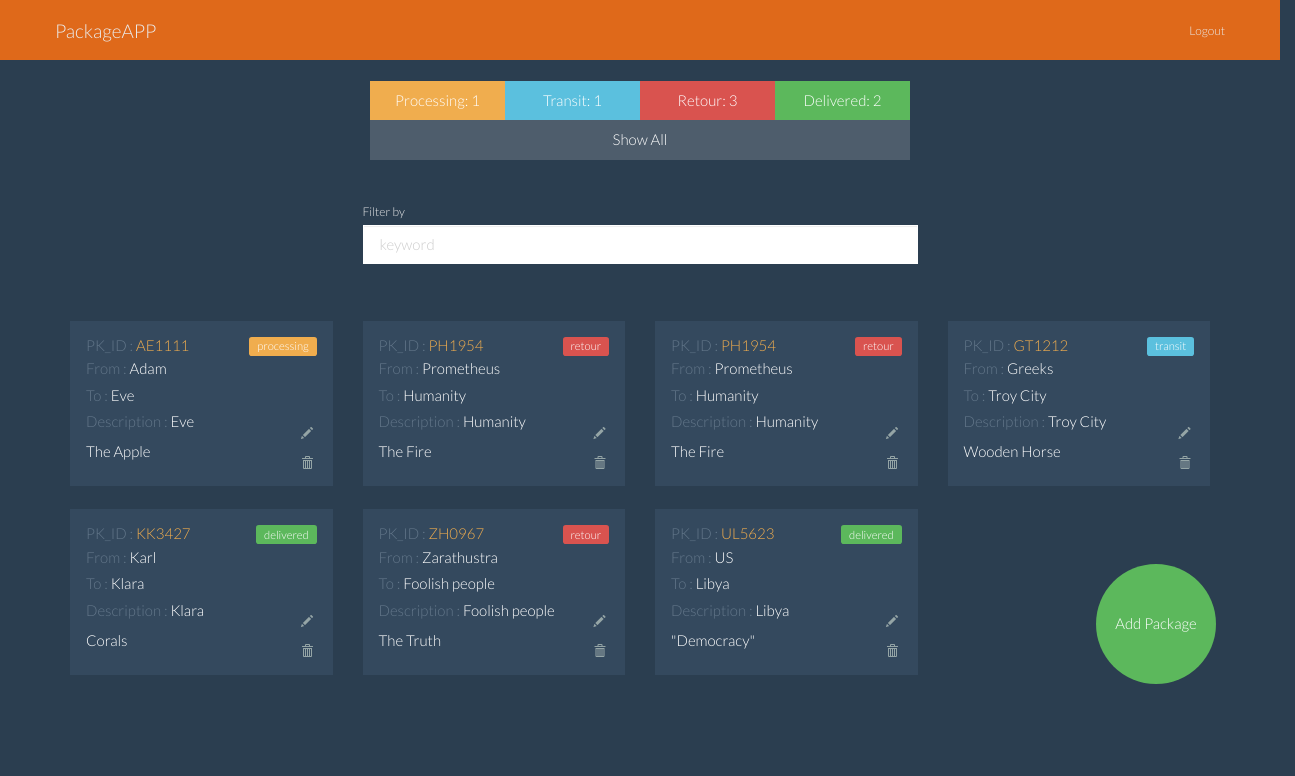
Repository: andreasmihm/aizat
Page: index.html
The author's editor kept a record of every edit. The page is drawn from the files as they stood at one moment, then again after the next edit.
The browser window is 1280 px wide. The page is 1295 px wide, so the pictures cover 1295 px, including what lies to the right of the window. The pictures show the whole page.

Above is the page before.

### index.html
<!DOCTYPE html>
<html>

<head>
  <meta charset="utf-8">
  <title>PackageAPP</title>

  <link rel="stylesheet" href="app/assets/bower_components/bootswatch-dist/css/bootstrap.min.css">
  <link rel="stylesheet" href="app/assets/style/main.css">
  <script src="app/assets/bower_components/jquery/dist/jquery.min.js"></script>
</head>

<body ng-app="PackageApp">

  <nav class="navbar navbar-inverse">
    <div id="wide_nav" class="container">
      <div class="navbar-header">
        <a class="navbar-brand" href="#">PackageAPP</a>
      </div>

      <ul class="nav navbar-nav navbar-right">
        <li><a href="#">Logout</a></li>
      </ul>
    </div>
  </nav>
  <div class="row">
    <div class="container" ng-controller="StatusCtrl">
      <div class="col-md-6 col-md-offset-3">
        <div class="btn-group btn-group-justified">
          <a href="#" class="btn btn-warning" ng-class="checked('processing') ? 'checked' : 'notCh' " ng-click="filterStatus('processing')">Processing: {{ getNumberStatus('processing') }} </a>
          <a href="#" class="btn btn-info" ng-class="checked('transit') ? 'checked' : 'notCh' " ng-click="filterStatus('transit')">Transit: {{ getNumberStatus('transit') }} </a>
          <a href="#" class="btn btn-danger" ng-class="checked('retour') ? 'checked' : 'notCh' " ng-click="filterStatus('retour')">Retour: {{ getNumberStatus('retour') }} </a>
          <a href="#" class="btn btn-success" ng-class="checked('delivered') ? 'checked' : 'notCh' " ng-click="filterStatus('delivered')">Delivered: {{ getNumberStatus('delivered') }} </a>
        </div>
        <div class="btn-group btn-group-justified">
          <a href="#" class="btn btn-default" ng-click="showAll()">Show All</a>
        </div>
      </div>
    </div>
  </div>

  <div class="break">
  </div>

  <div class="container" ng-controller="ListCtrl">
    <div class="row">
      <div class="form-group col-md-6 col-md-offset-3">
        <label class="control-label">Filter by</label>
        <div class="">
          <input class="form-control" placeholder="keyword" type="text" ng-model="search">
        </div>
      </div>
    </div>
    <div class="break">
    </div>
    <div class="row">
      <div class="col-lg-3 col-md-4 col-xs-6 animate-repeat" ng-repeat="pack in packs | filter:search | status">
        <div class="package">
          <div class="alert">
            <h5 class="list-group-item-heading"><span class="text-muted">PK_ID&#09;:</span> <span class="text-warning">{{pack.id}}</span><button type="button" class="btn label label-{{getClass(pack.id)}} pull-right" ng-click="cycStatus(pack.id)">{{pack.status}}</button></h5>
            <p><span class="text-muted">From :</span> {{pack.sen}}</p>
            <p><span class="text-muted">To :</span> {{pack.rec}}</p>
            <p><span class="text-muted">Description :</span> {{pack.rec}}
            <h5>{{pack.desc}}</h5>
            <div class="package-ctrl">
              <button ng-click="edit(pack.id)" class="btn btn-sm btn-package"><span class="glyphicon glyphicon-pencil" aria-hidden="true"></span></button>
              <button ng-click="delete(pack.id)" class="btn btn-sm btn-package"><span class="glyphicon glyphicon-trash" aria-hidden="true"></span></button>
            </div>
          </div>
        </div>
      </div>
    </div>
  </div>

  <div class="container" ng-controller="AddCtrl">
    <button id="addPack" class="btn btn-success" ng-click="modalVis = true">Add Package</button>
    <div class="modal" ng-class="modalVis ? 'show' : 'hide' ">
      <div class="modal-dialog">
        <div class="modal-content">
          <div class="modal-header">
            <h4 class="modal-title">Add Package</h4>
          </div>
          <div class="modal-body">
            <form class="form-horizontal">
              <fieldset>
                <div class="form-group">
                  <label for="sender" class="col-lg-2 control-label">Sender</label>
                  <div class="col-lg-10">
                    <input type="text" class="form-control" id="sender" placeholder="sender name" ng-model="sender" required>
                  </div>
                </div>
                <div class="form-group">
                  <label for="recipient" class="col-lg-2 control-label">Recipient</label>
                  <div class="col-lg-10">
                    <input type="text" class="form-control" id="recipient" placeholder="recipient name" ng-model="recipient" required>
                  </div>
                </div>
                <div class="form-group">
                  <label for="description" class="col-lg-2 control-label">Description</label>
                  <div class="col-lg-10">
                    <textarea class="form-control" rows="3" id="description" ng-model="description" required></textarea>
                  </div>
                </div>

                <div class="form-group">
                  <div class="col-lg-10 col-lg-offset-2">
                    <button type="submit" class="btn btn-primary" ng-click="addPack()">Submit</button>
                    <button type="reset" class="btn btn-default" ng-click="modalVis = false">Cancel</button>
                  </div>
                </div>
              </fieldset>
            </form>
          </div>
        </div>
      </div>
    </div>
  </div>

  <div class="doubleBreak">

  </div>


  <!-- bootstrap dependencies -->
  <script src="app/assets/bower_components/bootswatch-dist/js/bootstrap.min.js"></script>
  <!-- angular dependencies -->
  <script src="app/assets/bower_components/angular/angular.min.js"></script>
  <script src="app/assets/bower_components/angular-local-storage/dist/angular-local-storage.min.js"></script>
  <script src="app/assets/bower_components/angular-animate/angular-animate.js"></script>
  <!-- angular appConfig -->
  <script src="app/app.js"></script>
  <script src="app/app.config.js"></script>
  <!-- angular controllers -->
  <script src="app/js/controllers/addCtrl.js"></script>
  <script src="app/js/controllers/statusCtrl.js"></script>
  <script src="app/js/controllers/listCtrl.js"></script>
  <!-- angular services -->
  <script src="app/js/services/packageService.js"></script>



</body>

</html>

### app/assets/style/main.css
#wide_nav {
    padding: 10px 0;
}

#id {
    display: block;
    height: 100px !important;
}

.break {
    width: 100%;
    height: 40px;
}

.doubleBreak {
    width: 100%;
    height: 80px;
}

.package {
    background:#34495e;
    margin: 2px 0;
}

.package-ctrl {
    position:absolute;
    right: 8%;
    bottom: 15%;
}

.btn-package {
    color: #95a5a6;
    background:#34495e;
    transition: all 0.3s;
    display: block;
}

.label {
    transition: all 0.4s;
}

.btn-package:hover {
}

.checked {
    opacity: 1;
}

.notCh {
    opacity: 0.3;
}

#addPack {
    position: fixed;
    bottom: 5%;
    right: 5%;
    width: 120px;
    height: 120px;
    border-radius: 100%;
    background: #5cb85c;
}

.animate-repeat.ng-enter {
    animation: enter 0.6s;
    -webkit-animation: enter 0.6s;
}

.animate-repeat.ng-leave {
    animation: exit 0.8s;
    -webkit-animation: exit 0.8s;
}

.text-muted {
    color: #63778a;
}

@keyframes enter {
    from {
        opacity: 0;
        transform: scale3d(.3, .3, .3);
    }
    50% {
        opacity: 1;
    }
}

@keyframes exit {
    from {
        opacity: 1;
    }
    50% {
        opacity: 0;
        transform: scale3d(.3, .3, .3);
    }
    to {
        opacity: 0;
    }
}

### app/app.js
'use strict';

angular.module('PackageApp', ['ngAnimate']);

### app/app.config.js
/*angular.module('PackageApp').config(function() {

});*/

### app/js/controllers/addCtrl.js
angular.module('PackageApp').controller('AddCtrl', function($scope, packageService) {
    $scope.addPack = function() {
        if ($scope.sender && $scope.recipient && $scope.description) {
            var newPack = {
                id: $scope.sender.charAt(0).toUpperCase() + $scope.recipient.charAt(0).toUpperCase() + getRandom(),
                sen: $scope.sender,
                rec: $scope.recipient,
                desc: $scope.description,
                status: 'processing'
            };
            packageService.addPack(newPack);
            flushFields();
            $scope.modalVis = false;
        }
    }

    $scope.modalVis = false;

    function flushFields() {
        $scope.sender = '';
        $scope.recipient = '';
        $scope.description = '';
    };

    function getRandom() {
        return Math.floor(Math.random() * (9999 - 1111) + 1111);
    }
});

### app/js/controllers/statusCtrl.js
angular.module('PackageApp').controller('StatusCtrl', function($scope, packageService, checkedStatus) {
    $scope.getNumberStatus = function(status) {
        return packageService.getPackByStatus(status).length;
    }

    $scope.showAll = function(){
        checkedStatus.flush();
    }

    $scope.filterStatus = function(stat){
        checkedStatus.toggle(stat);
    }
    $scope.checked = function(stat){
        return checkedStatus.check(stat);
    }
}).factory('checkedStatus', function() {
    var checked = [];
    return {
        check: function(stat) {
            if(checked.length > 0)
                return (checked.indexOf(stat) > -1) ? true : false;
            else
                return true;
        },
        toggle: function(stat) {
            if (checked.indexOf(stat) == -1)
                return checked.push(stat);
            else
                checked = checked.filter(function(elem) {
                    return elem !== stat;
                });
        },
        flush: function(){
            checked = [];
        }
    }
}).filter('status', ['checkedStatus', function(checkedStatus) {
    return function(packs) {
        return packs.filter(function(pack){
            return checkedStatus.check(pack.status);
        });
    };
}]);

### app/js/controllers/listCtrl.js
angular.module('PackageApp').controller('ListCtrl', function($scope, packageService) {

    $scope.packs = packageService.getPacks();

    $scope.getClass = function(id) {
        var stat = packageService.getPackByID(id)[0].status;
        switch (stat) {
            case 'processing':
                return 'warning';
                break;
            case 'transit':
                return 'info';
                break;
            case 'retour':
                return 'danger';
                break;
            case 'delivered':
                return 'success';
                break;

            default:
                return 'default';
        }
    }
    $scope.cycStatus = function(id) {
        packageService.changeStatus(id);
    }
    $scope.delete = function(id) {
        packageService.deletePack(id);
        $scope.packs = packageService.getPacks();
    }

});

### app/js/services/packageService.js
angular.module('PackageApp').factory('packageService', function() {

    var packs = [{
        id: "AE1111",
        sen: "Adam",
        rec: "Eve",
        desc: "The Apple",
        status: "processing"
    }, {
        id: "PH1954",
        sen: "Prometheus",
        rec: "Humanity",
        desc: "The Fire",
        status: "retour"
    }, {
        id: "PH1954",
        sen: "Prometheus",
        rec: "Humanity",
        desc: "The Fire",
        status: "retour"
    }, {
        id: "GT1212",
        sen: "Greeks",
        rec: "Troy City",
        desc: 'Wooden Horse',
        status: "transit"
    }, {
        id: "KK3427",
        sen: "Karl",
        rec: "Klara",
        desc: "Corals",
        status: "delivered"
    },{
        id: "ZH0967",
        sen: "Zarathustra",
        rec: "Foolish people",
        desc: "The Truth",
        status: "retour"
    }, {
        id: "UL5623",
        sen: "US",
        rec: "Libya",
        desc: '"Democracy"',
        status: "delivered"
    }];
    return {
        getPacks: function() {
            return packs;
        },
        getPackByStatus: function(status) {
            return packs.filter(function(elem) {
                return elem.status == status;
            });
        },
        getPackByID: function(id) {
            return packs.filter(function(elem) {
                return elem.id == id;
            });
        },
        addPack: function(pack) {
            packs.push(pack);
        },
        changeStatus: function(id) {
            for (var i = 0; i < packs.length; i++) {
                if (packs[i].id === id) {
                    switch (packs[i].status) {
                        case 'processing':
                            packs[i].status = 'transit';
                            break;
                        case 'transit':
                            packs[i].status = 'delivered';
                            break;
                        case 'retour':
                            packs[i].status = 'processing';
                            break;
                        case 'delivered':
                            packs[i].status = 'retour';
                            break;
                        default:
                            packs[i].status = 'processing';
                    }
                }
            }
        },
        deletePack: function(del) {
            packs = packs.filter(function(elem) {
                return elem.id !== del;
            });
        }
    };
})

Loaded but not shown: app/assets/bower_components/bootswatch-dist/css/bootstrap.min.css (library); app/assets/bower_components/jquery/dist/jquery.min.js (library); app/assets/bower_components/bootswatch-dist/js/bootstrap.min.js (library); app/assets/bower_components/angular/angular.min.js (library); app/assets/bower_components/angular-local-storage/dist/angular-local-storage.min.js (library); app/assets/bower_components/angular-animate/angular-animate.js (library)

After the next edit:
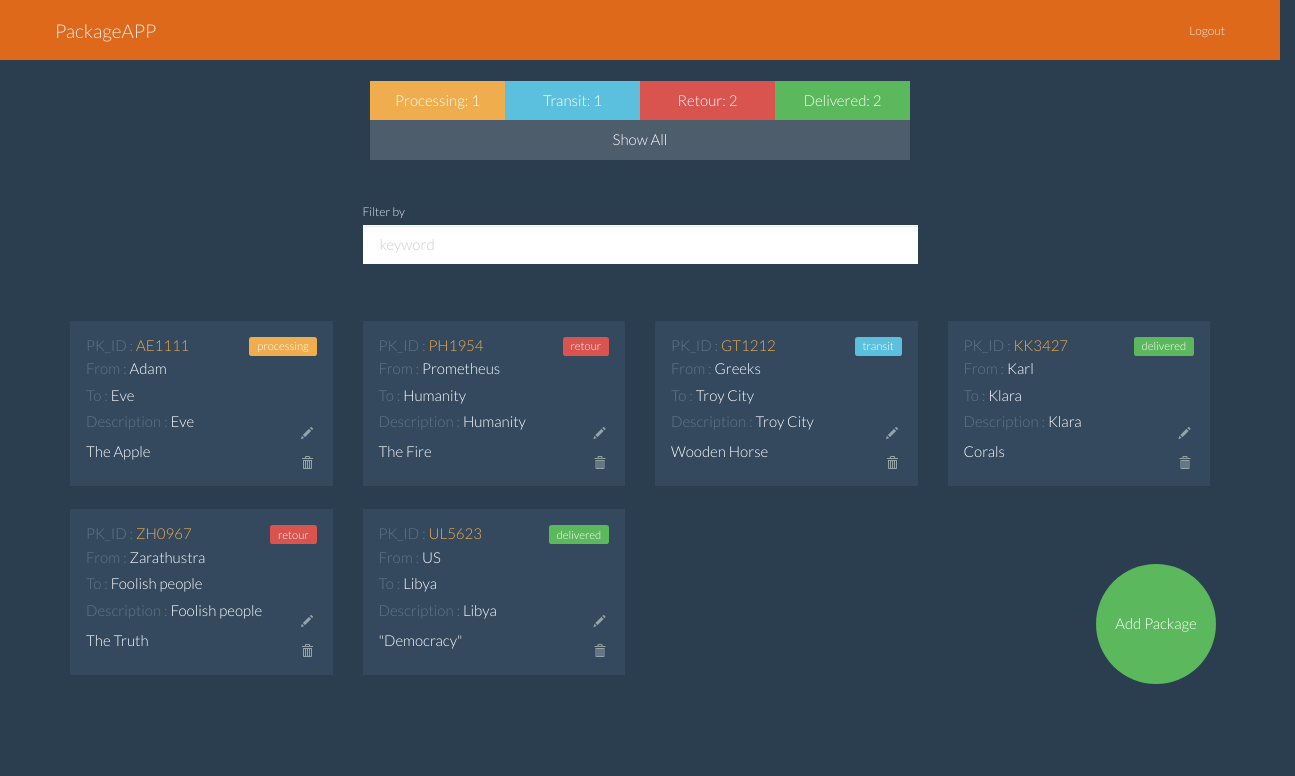
The edit:
--- a/app/js/services/packageService.js
+++ b/app/js/services/packageService.js
@@ -6,12 +6,6 @@
         rec: "Eve",
         desc: "The Apple",
         status: "processing"
-    }, {
-        id: "PH1954",
-        sen: "Prometheus",
-        rec: "Humanity",
-        desc: "The Fire",
-        status: "retour"
     }, {
         id: "PH1954",
         sen: "Prometheus",
